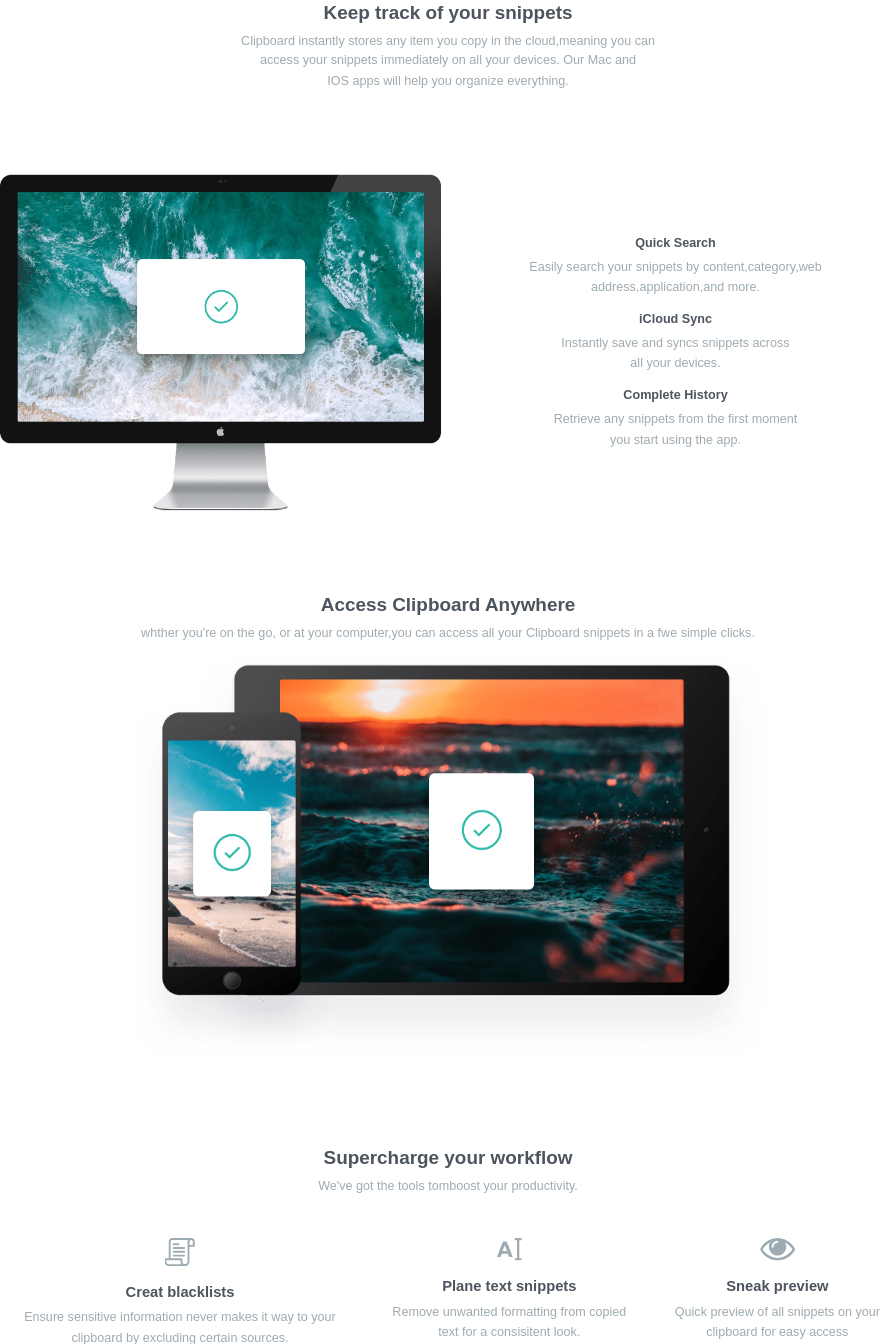
Repository: moataz305G/Clipboard-landing-page
Page: index.html
The author's editor kept a copy of each file at every save. The page is drawn from the files as they stood at one save, then again after the next save.
The browser window is 1280 px wide. The pictures show the part of the page from y = 514 to 2434 px (the page is 3021 px tall before and 3029 px after), at 70% of full size.

Above is the page before, as saved 2025-12-24 14:10:46.

### index.html
<!DOCTYPE html>
<html lang="en">
  <head>
    <meta charset="UTF-8" />
    <meta name="viewport" content="width=device-width, initial-scale=1.0" />

    <link
      rel="icon"
      type="image/png"
      sizes="32x32"
      href="./images/favicon-32x32.png"
    />
    <title>Clipboard landing page</title>
    <link rel="stylesheet" href="style.css" />
  </head>
  <body>
    <header></header>

    <main class="container">
      <section class="hero section">
        <img class="hero__logo" src="images/logo.svg" alt="Clipboard Logo" />

        <h1 class="hero__title">A history of everything you copy</h1>
        <p>
          Clipboard allows you to track and organize everything you copy.<br />Instantly
          access your clipboard on all your device.
        </p>
        <button class="btn btn--ios">Doewnlode for IOS</button>
        <button class="btn btn--mac">Dowenlode for Mac</button>
      </section>

      <section class="snippets section">
        <h2>Keep track of your snippets</h2>
        <p>
          Clipboard instantly stores any item you copy in the cloud,meaning you
          can<br />
          access your snippets immediately on all your devices. Our Mac and
          <br />IOS apps will help you organize everything.
        </p>
      </section>

      <section class="fuatures section">
        <img
          class="fuature__image"
          src="images/image-computer.png"
          alt="Fuatures image "
        />
        <div class="fuatures__text">
          <div>
            <h4>Quick Search</h4>
            <p>
              Easily search your snippets by content,category,web<br />
              address,application,and more.
            </p>
          </div>
          <div>
            <h4>iCloud Sync</h4>
            <p>
              Instantly save and syncs snippets across<br />
              all your devices.
            </p>
          </div>
          <div>
            <h4>Complete History</h4>
            <p>
              Retrieve any snippets from the first moment <br />you start using
              the app.
            </p>
          </div>
        </div>
      </section>

      <section class="access_anywhere section">
        <h2>Access Clipboard Anywhere</h2>
        <p>
          whther you're on the go, or at your computer,you can access all your
          Clipboard snippets in a fwe simple clicks.
        </p>
        <img
          class="access_anywhere__image"
          src="images/image-devices.png"
          alt="Access Clipboard Anywhere_image"
        />
      </section>

      <section class="workflow section">
        <div class="workflow__title">
          <h2>Supercharge your workflow</h2>
          <p>We've got the tools tomboost your productivity.</p>
        </div>

        <div class="workflow__tools">
          <div class="blacklist">
            <img src="images/icon-blacklist.svg " alt="icon-blacklist" />
            <h3>Creat blacklists</h3>
            <p>
              Ensure sensitive information never makes it way to your clipboard
              by excluding certain sources.
            </p>
          </div>

          <div class="Plane-text">
            <img src="images/icon-text.svg" alt="icon-text" />
            <h3>Plane text snippets</h3>
            <p>
              Remove unwanted formatting from copied text for a consisitent
              look.
            </p>
          </div>

          <div class="preview">
            <img src="images/icon-preview.svg " alt="icon-preview" />
            <h3>Sneak preview</h3>
            <p>
              Quick preview of all snippets on your clipboard for easy access
            </p>
          </div>
        </div>
      </section>

      <section class="largest-companies">
        <img src="images/logo-google.png" alt="logo-google" />
        <img src="images/logo-ibm.png" alt="logo-ibm" />
        <img src="images/logo-microsoft.png" alt="logo-microsoft" />
        <img src="images/logo-hp.png" alt="logo-hp" />
        <img src="images/logo-vector-graphics.png" alt="logo-vector-graphics" />
      </section>

      <section class="Doewnlode">
        <h2>Clipboard for iOS and Mac OS</h2>
        <p>
          Available for free on the app store,Download for Mac or ios, sync with
          iCloud and you're ready to start adding to your clipboard.
        </p>
        <button class="btn btn--ios">Download for iOS</button>
        <button class="btn btn--mac">Download for Mac</button>
      </section>
    </main>

    <footer class="footer">
      <div class="footer__links">
        <a href="#">FAQs</a>
        <a href="#">Contact Us</a>
        <a href="#">Privacy Policy</a>
      </div>
      <div class="footer__social-media">
        <a class="footer__icon"><img src="images/icon-facebook.svg" /></a>
        <a class="footer__icon"><img src="images/icon-twitter.svg" /></a>
        <a class="footer__icon"><img src="images/icon-instagram.svg" /></a>
      </div>
    </footer>
  </body>
</html>

### style.css
* {
  margin: 0;
  padding: 0;
}
.container {
  /* width: auto; */
  /* height: auto; */
  /* margin: 0 auto; */
  font-size: 18px;
  font-family: "Bai Jamjuree", sans-serif;
  display: grid;
  text-align: center;
  margin: 80px auto;
  row-gap: 100px;
}
h1,
h2,
h3,
h4 {
  color: #4c545d;
  margin-top: 20px;
  margin-bottom: 10px;
}
h2 {
  color: #4c545d;
  margin-top: 20px;
  margin-bottom: 10px;
}
h1,
h2,
h3,
h4 {
  font-weight: bold;
}
p {
  /* max-width: 600px; */
  color: #9fabb2;
  margin: 0 auto;
  margin-top: 10px;
  margin-bottom: 20px;

  line-height: 1.6;
  text-align: center;
}

/* button */
.btn {
  color: #fff;
  border: none;
  padding: 15px 30px;
  font-size: 16px;
  cursor: pointer;
  border-radius: 30px;
}
.btn--ios {
  background-color: #26baa4ff;
  transition: background-color 0.3s;
}
.btn--ios:hover {
  background-color: #20a18f;
}

.btn--mac {
  background-color: #6173ff;
  transition: background-color 0.3s;
}

.btn--mac:hover {
  background-color: #5262e0;
}
/* end button */

/* fuatures */
.fuatures {
  display: grid;
  grid-template-columns: 1fr 1fr;
  align-items: center;
  justify-content: center;
  column-gap: 20px;
}
.fuature__image {
  width: 100%;
}
/* .fuatures__text p {
  max-width: 300px;
} */
/* end fuatures */

/* workflow */
.workflow {
  display: grid;
  gap: 40px;
}
.workflow__title {
  text-align: center;
}

.workflow__tools {
  display: flex;
  justify-content: center;
  gap: 30px;
}
/* end workflow */

/* largest */
.largest-companies {
  display: flex;
  justify-content: center;
  gap: 30px;
}
/* End largest */

/* Doewnlode */
/* End Doewnlode */

/* footer */
footer {
  display: flex;
  justify-content: space-between;
  padding: 20px 200px;
}
.footer__links {
  display: flex;
  justify-content: center;
  gap: 20px;
}
.footer__links a {
  text-decoration: underline dotted;
  color: hsl(210, 10%, 33%);
  transition: color 0.3s;
}

.footer__links a:hover {
  color: #26baa4ff;
}
.footer__social-media {
  display: flex;
  justify-content: center;
  gap: 15px;
  cursor: pointer;
}
.footer__icon:hover {
  transform: scale(1.2);
}
/* end footer */

After the next save:
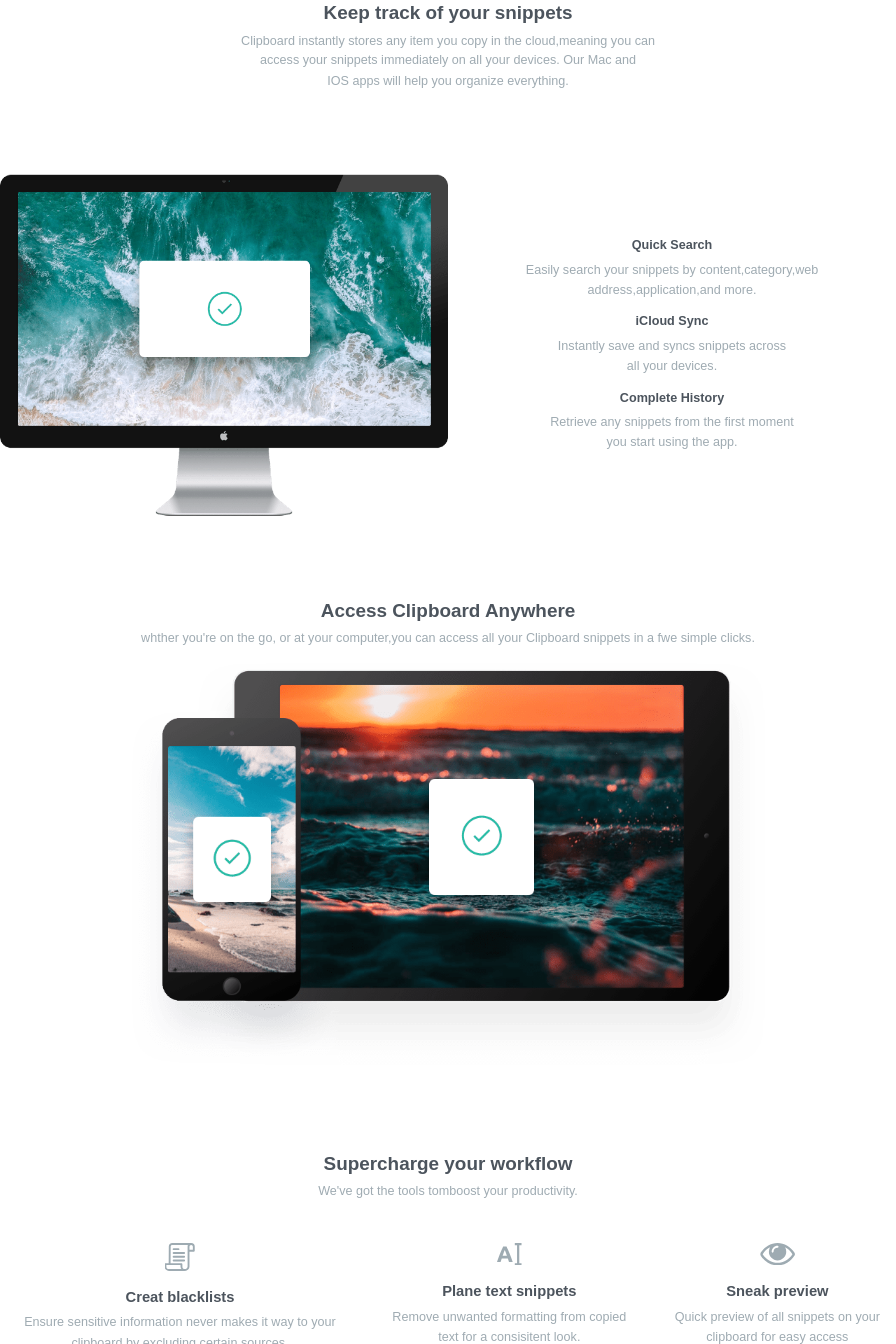
Saved 32 s later.
--- a/style.css
+++ b/style.css
@@ -76,7 +76,6 @@
   grid-template-columns: 1fr 1fr;
   align-items: center;
   justify-content: center;
-  column-gap: 20px;
 }
 .fuature__image {
   width: 100%;
